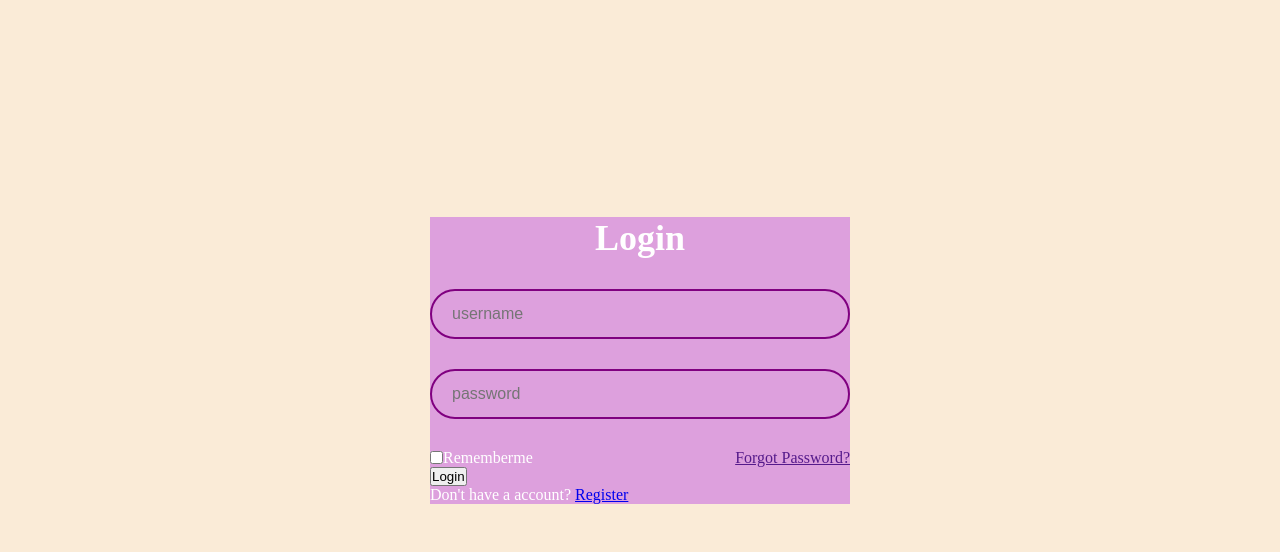
Repository: Kubraaygun/Html_Css_Login
Page: index.html
The author's editor kept a copy of each file at every save. The page is drawn from the files as they stood at one save, then again after a run of saves.
The browser window is 1280 px wide. The pictures show the whole page.

Above is the page before, as saved 2025-03-05 19:27:22.

### index.html
<!DOCTYPE html>
<html lang="en">
  <head>
    <meta charset="UTF-8" />
    <meta name="viewport" content="width=device-width, initial-scale=1.0" />
    <title>HTML</title>
    <link rel="stylesheet" href="style.css" />
    <link
      rel="stylesheet"
      href="https://fonts.googleapis.com/icon?family=Material+Icons"
    />
  </head>

  <body>
    <div class="container">
      <form action="">
        <!-- Baslik -->
        <h1 class="login">Login</h1>

        <!-- input alanimiz -->

        <!-- surname -->
        <div class="input-box">
          <input type="text" required placeholder="username" />
        </div>

        <!-- Password -->
        <div class="input-box">
          <input type="password" required placeholder="password" />
        </div>

        <!-- Remember me Alani -->
        <div class="remember-me">
          <label>
            <input class="checkbox" type="checkbox" />Remember <span> me</span>
          </label>
          <a href="">Forgot Password?</a>
        </div>

        <!-- Button -->
        <button type="submit" class="button">Login</button>

        <!-- Register Link -->
        <div class="register-link">
          <p>Don't have a account? <a href="#"> Register</a></p>
        </div>
      </form>
    </div>
  </body>
</html>

### style.css
* {
  margin: 0;
  padding: 0;
  box-sizing: border-box;
}

body {
  display: flex;
  justify-content: center;
  align-items: center;
  min-height: 100vh; /* vh: Tarayici penceresinin yuksekligine gore yuzde olarak boyut belirler. 1vh pencere yuksekliginin %1ine esittir */
  background-color: antiquewhite;
}

.container {
  width: 420px;
  background-color: plum;
  color: white;
}

.login {
  font-size: 36px;
  text-align: center;
}
.input-box {
  width: 100%;
  height: 50px;
  margin: 30px 0;
}

input {
  width: 100%;
  height: 100%;
  background-color: transparent;
  border: none;
  outline: none;
  border: 2px solid purple;
  border-radius: 30px;
  font-size: 16px;
  color: purple;
  padding: 20px;
}
input:hover {
  background-color: pink;
}

.remember-me {
  display: flex;
  align-items: center;
  justify-content: space-between;
  font-size: 16px;
}

label {
  display: flex;
  align-items: center;
}

After the next 2 saves:
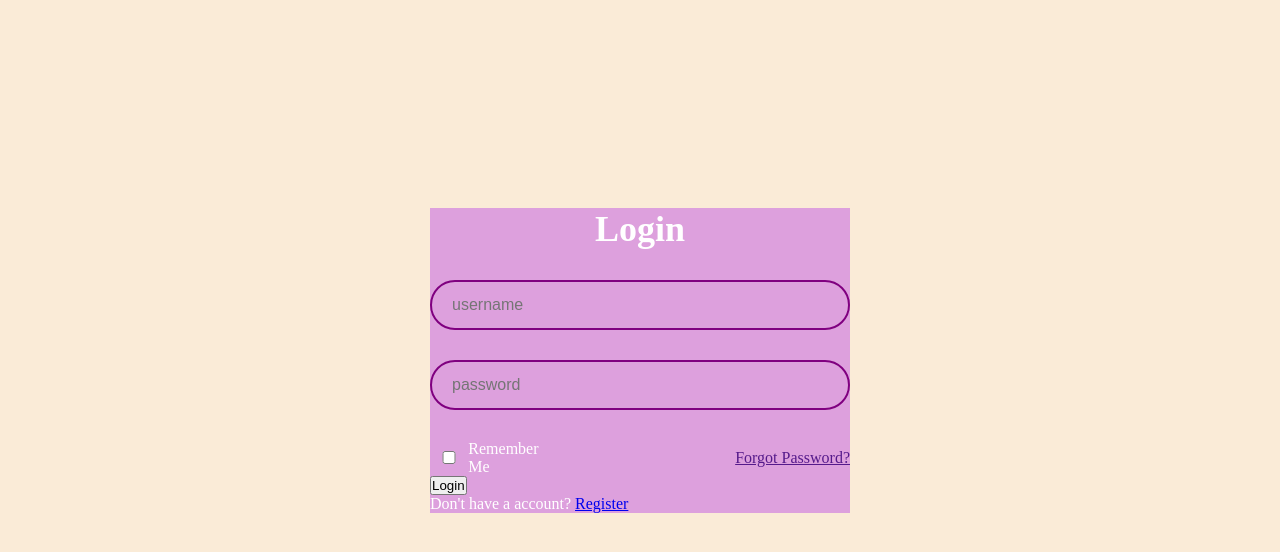
The 2 saves are shown as one change because they came seconds apart.
The last was saved 9 s later.
--- a/index.html
+++ b/index.html
@@ -31,9 +31,7 @@
 
         <!-- Remember me Alani -->
         <div class="remember-me">
-          <label>
-            <input class="checkbox" type="checkbox" />Remember <span> me</span>
-          </label>
+          <label> <input class="checkbox" type="checkbox" />Remember Me </label>
           <a href="">Forgot Password?</a>
         </div>
 
